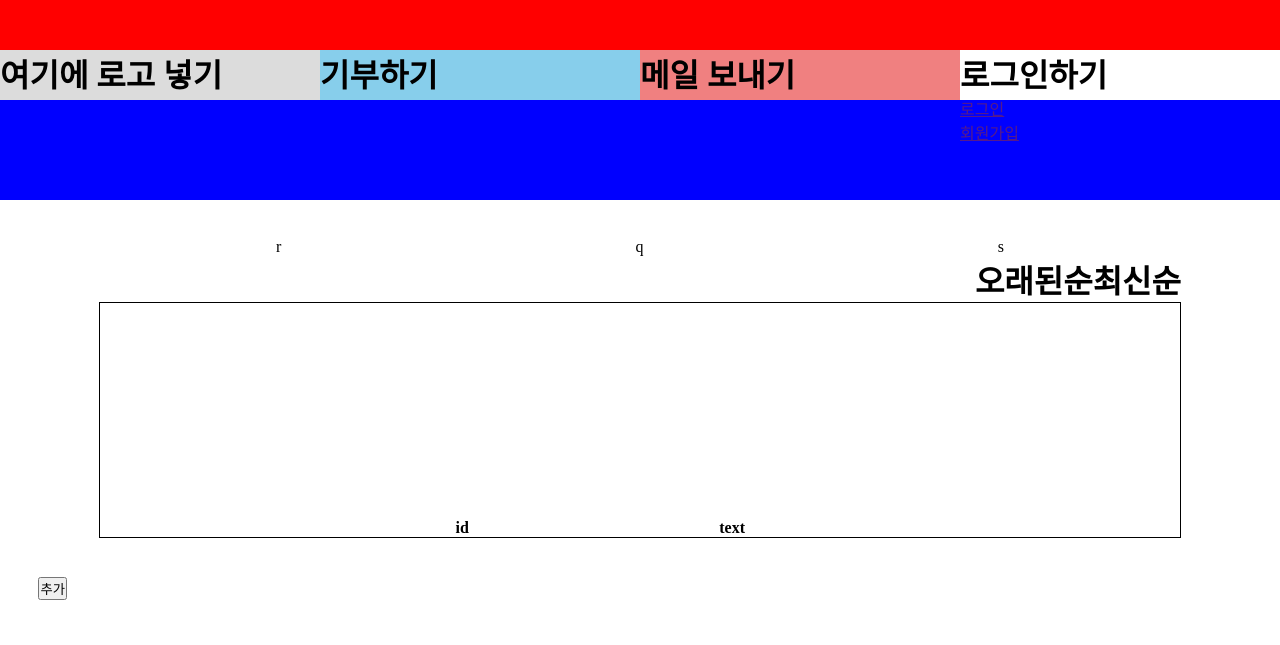
Repository: Yeojin0523/Survey
Page: http://localhost/Blog/Blog/list.jsp
These files come from the project's save history. The page is drawn as it stood at one moment and after the next save; the edit follows.
The browser window is 1280 px wide. The pictures show the whole page.
The page is served by Tomcat 9. The template is opened directly, without the code that normally fills it, so the values that code supplies are empty.

Above is the page before, as saved 2024-07-29 08:28:06.

After the next save:
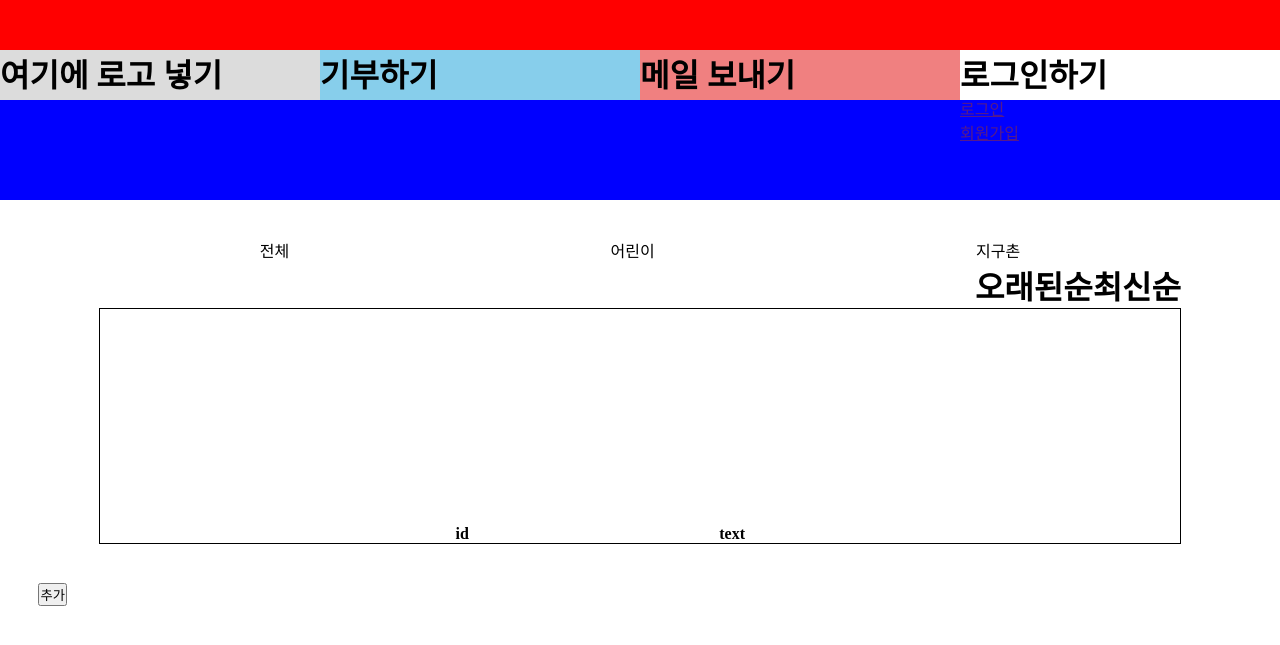
Saved 91 s later.
--- a/Blog/src/main/webapp/Blog/list.jsp
+++ b/Blog/src/main/webapp/Blog/list.jsp
@@ -53,9 +53,9 @@ ResultSet rs = null;
 	<div class="frame">
 		<table class="outer_table">
 			<tr class="category">
-				<td>r</td>
-				<td>q</td>
-				<td>s</td>
+				<td>전체</td>
+				<td>어린이</td>
+				<td>지구촌</td>
 			</tr>
 			<tr class="list" colspan="2">
 				<td>
